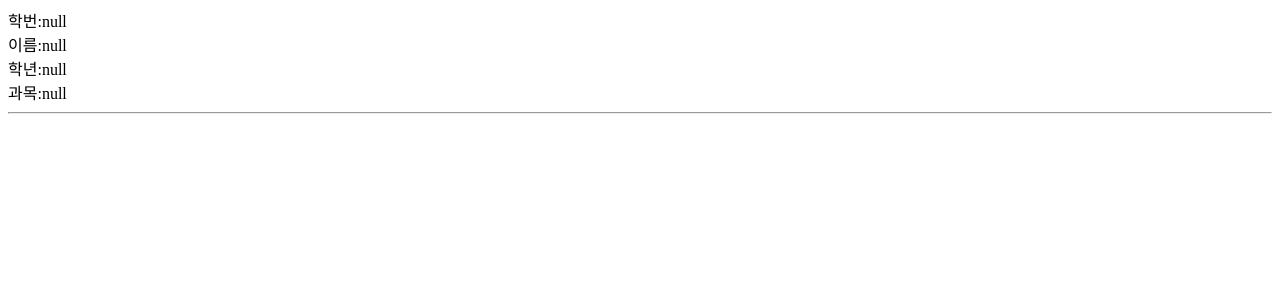
Repository: binkalos/JSP-STUDY
Page: http://localhost/chapter7/requestTestProc.jsp
These files come from the project's save history. The page is drawn as it stood at one moment and after a run of saves; the edit follows.
The browser window is 1280 px wide. The pictures show the whole page.
The page is served by Tomcat 9.

Above is the page before, as saved 2019-06-14 02:02:35.

### chapter7/WebContent/requestTestProc.jsp
<%@page import="java.util.Enumeration"%>
<%@ page language="java" contentType="text/html; charset=UTF-8"
    pageEncoding="UTF-8"%>
<!DOCTYPE html>
<html>
<head>
<meta charset="UTF-8">
<title>Insert title here</title>
</head>
<body>
<%
	request.setCharacterEncoding("utf-8");

	String num=request.getParameter("num");
	String name=request.getParameter("name");
	String grade=request.getParameter("grade");
	String subject=request.getParameter("subject");

	Enumeration en = request.getParameterNames();
%>
학번:<%=num %><br>
이름:<%=name %><br>
학년:<%=grade %><br>
과목:<%=subject %><br>
<hr>
<%
//키 값들만 나옴 만약 values값까지 나오게 하고 싶으면 String value = request.getParameter(key);
	while(en.hasMoreElements()){
		String key = (String)en.nextElement();//키값 옮겨주는거
		String value = request.getParameter(key);
		out.print(key+"<br>");
	}
%>
</body>
</html>

After the next 2 saves:
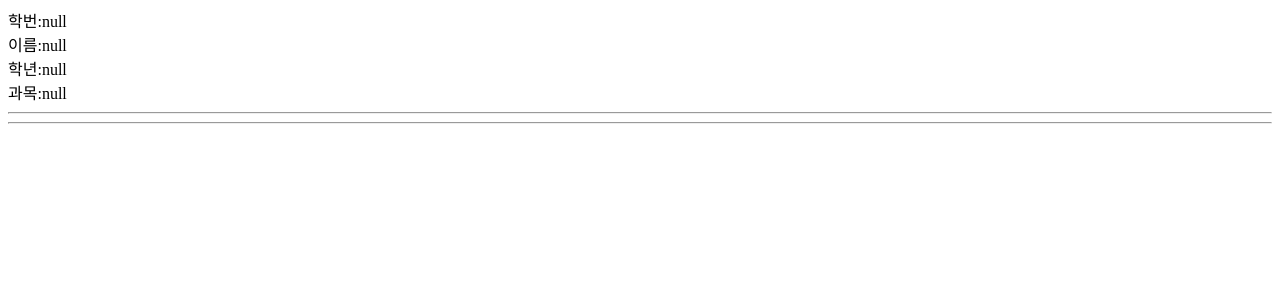
The 2 saves are shown as one change because 1 did not build or start.
The last was saved 3 min 41 s later.
--- a/chapter7/WebContent/requestTestProc.jsp
+++ b/chapter7/WebContent/requestTestProc.jsp
@@ -31,5 +31,9 @@
 		out.print(key+"<br>");
 	}
 %>
+<hr>
+<%
+	request.setAttribute("일", "1");//직접 넣기 위해 사용
+%>
 </body>
 </html>
